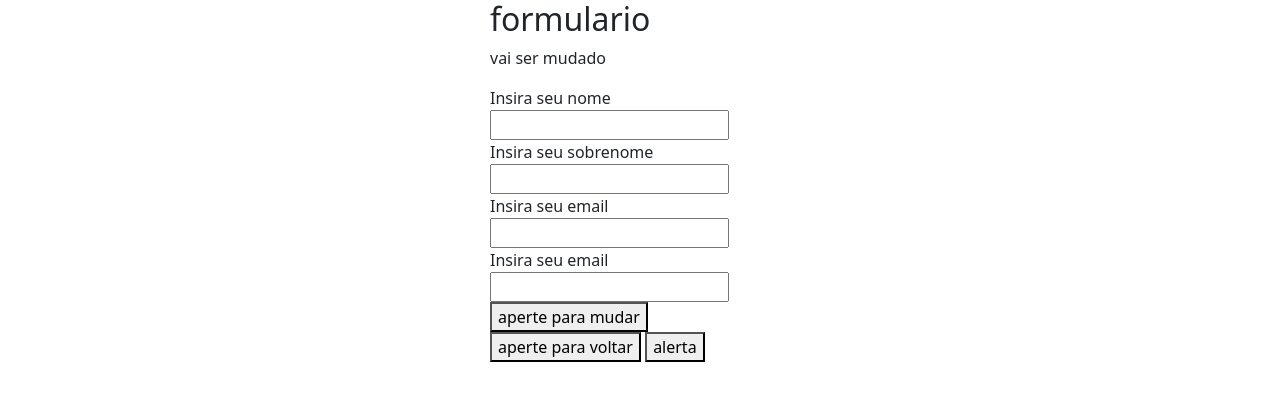
Repository: Nnunes55/formulario
Page: th/index.html
An editor plug-in stored every save of this project. The page is shown before and after the next save, followed by the edit.
The browser window is 1280 px wide. The pictures show the whole page.

Above is the page before, as saved 2025-04-10 15:46:03.

### th/index.html
<!DOCTYPE html>
<html lang="en">
<head>
    <meta charset="UTF-8">
    <meta name="viewport" content="width=device-width, initial-scale=1.0">
    <title>Document</title>
    <link rel="stylesheet" href="/th/style.css">
    <link rel="stylesheet" href="https://cdn.jsdelivr.net/npm/bootstrap@5.3.5/dist/css/bootstrap.min.css">
    <link rel="stylesheet" href="https://cdn.jsdelivr.net/npm/bootstrap@5.3.5/dist/js/bootstrap.bundle.min.js
">
</head>
<body>
    <div class="container">
        <div class="box">

            <h2 id="textoteste">formulario</h2>


   <p id="demo">vai ser mudado</p>

    <div>
        <label for="firstName">Insira seu nome</label>
        <input type="text" id="firstName"><br>
    </div>
    <div>
        <label for="lastName">Insira seu sobrenome</label>
        <input type="text" id="lastName"><br>
    </div>
    <div>
        <label for="email">Insira seu email</label>
        <input type="email" id="email">
    </div>
    <div>
        <label for="date">Insira seu email</label>
        <input type="text">
    </div>
    <div>
    <button type="button" onclick="myFunction()">aperte para mudar</button>

    <button type="button" onclick="myFunction2()">aperte para voltar</button>

    <button type="button" onclick= window.print()>alerta</button>
    </div>
    </div>
    </div>

    <script src="/th/index.js"></script>
</body>
</html>

### th/style.css
img{
    width: 400px;
    height: 400px;
    border-radius: 50px;
}
#botao{
    width: 200px;
    height: fit-content;
    size: 200px;
    color: aquamarine;
}
#ht{
    margin-top: 50px;
    margin-left: 50px;
}
.container {
    display: flex;
    flex-direction: row;
    justify-content: center;
    align-items: center;
    gap: 4px;
    height: 100%;
    width: 100%;
  }
.box{
    width: 300px;
    height: 300px;
    background: #fff;
}

### th/index.js
let x, y, z;
x = 10;
y = 24;
z = x + y;
a = 34;

function myFunction() {
    document.getElementById("demo").innerHTML = "Paragrafo mudado.";
  }

function myFunction2() {
  document.getElementById("demo").innerHTML = '<h2>vai ser mudado</h2>';
}

function myfunction3() {
  window.print();
}
console.log(a);

After the next save:
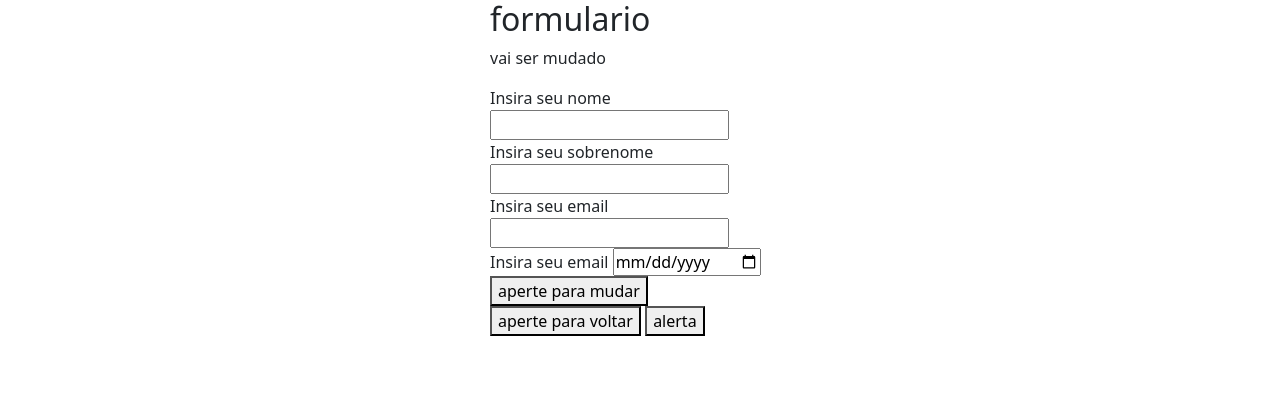
Saved 4 s later.
--- a/th/index.html
+++ b/th/index.html
@@ -32,7 +32,7 @@
     </div>
     <div>
         <label for="date">Insira seu email</label>
-        <input type="text">
+        <input type="date">
     </div>
     <div>
     <button type="button" onclick="myFunction()">aperte para mudar</button>
